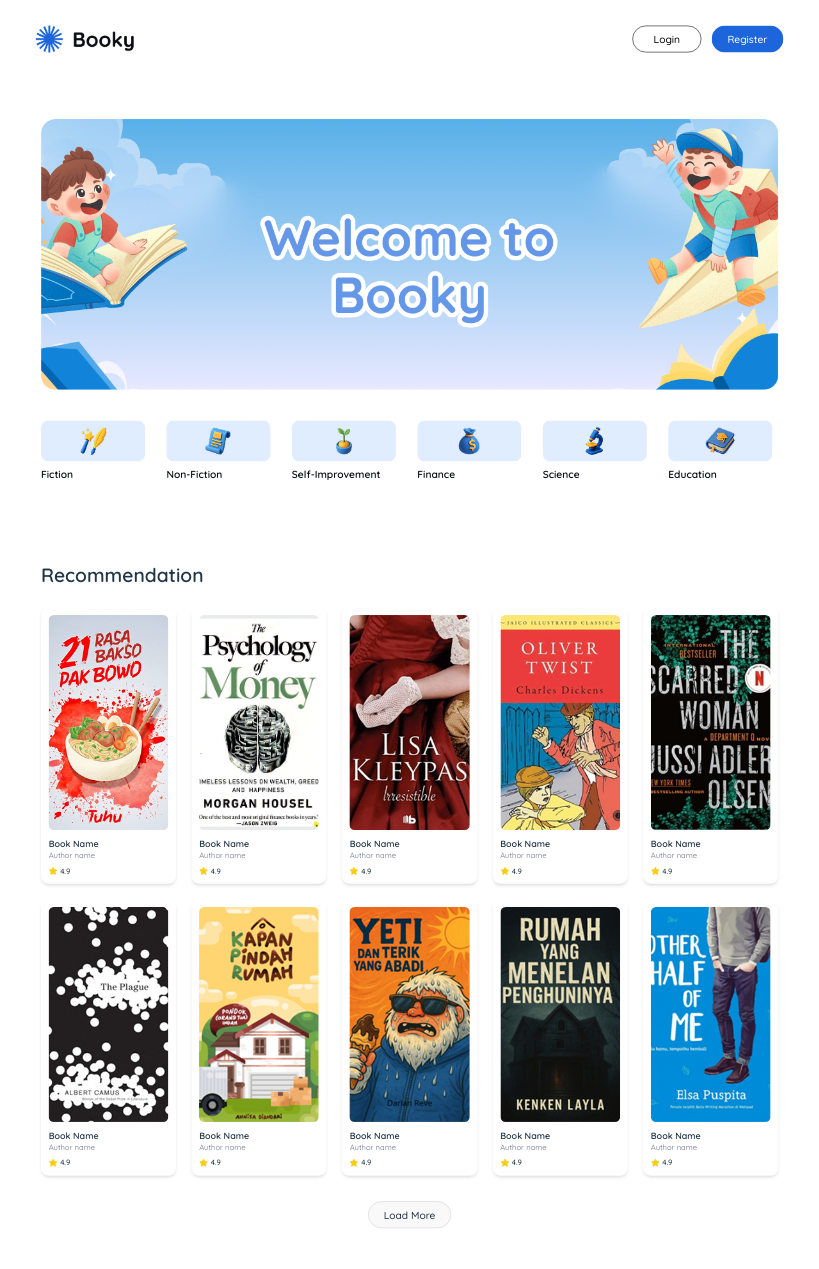
Repository: faridsyafaat/library-app
Page: /
These files come from the project's save history. The page is drawn as it stood at one moment and after the next save; the edit follows.
The browser window is 1280 px wide. The pictures show the whole page, at 64% of full size.
The project was rebuilt for these pictures with package versions that can differ from the ones it lists, and the page was loaded fresh each time. Also part of the build but not shown: vite.config.ts, src/pages/Login.tsx, src/pages/Register.tsx.

Above is the page before, as saved 2025-11-24 20:33:07.

### index.html
<!doctype html>
<html lang="en">
  <head>
    <meta charset="UTF-8" />
    <link rel="icon" type="image/svg+xml" href="/vite.svg" />
    <meta name="viewport" content="width=device-width, initial-scale=1.0" />
    <title>library-app</title>
  </head>
  <body>
    <div id="root"></div>
    <script type="module" src="/src/main.tsx"></script>
  </body>
</html>

### src/index.css
@import url('https://fonts.googleapis.com/css2?family=Quicksand:wght@300;400;500;600;700&display=swap');
@tailwind base;
@tailwind components;
@tailwind utilities;

:root {
  font-family: system-ui, Avenir, Helvetica, Arial, sans-serif;
  line-height: 1.5;
  font-weight: 400;
  font-synthesis: none;
  text-rendering: optimizeLegibility;
  -webkit-font-smoothing: antialiased;
  -moz-osx-font-smoothing: grayscale;
}

a {
  font-weight: 500;
  color: #646cff;
  text-decoration: inherit;
}
a:hover {
  color: #535bf2;
}

body {
  margin: 0;
  min-height: 100vh;
  }

h1 {
  font-size: 3.2em;
  line-height: 1.1;
}

button {
  border-radius: 8px;
  border: 1px solid transparent;
  padding: 0.6em 1.2em;
  font-size: 1em;
  font-weight: 500;
  font-family: inherit;
  background-color: #1a1a1a;
  cursor: pointer;
  transition: border-color 0.25s;
}
button:hover {
  border-color: #646cff;
}
button:focus,
button:focus-visible {
  outline: 4px auto -webkit-focus-ring-color;
}

@media (prefers-color-scheme: light) {
  :root {
    color: #213547;
    background-color: #ffffff;
  }
  a:hover {
    color: #747bff;
  }
  button {
    background-color: #f9f9f9;
  }
}

.container-custom {
  max-width: 1200px;
  margin-left: auto;
  margin-right: auto;
  padding-left: 1rem;
  padding-right: 1rem;
}

@layer base {
  body {
    @apply font-quicksand;
  }
}

### src/App.tsx
import { BrowserRouter as Router, Routes, Route, } from "react-router-dom";
import HomeBefore from "./pages/HomeBefore";
import Login from "./pages/Login";
import Register from "./pages/Register";


function App() {


  return (
    <Router>
      <Routes>
        <Route path="/" element={<HomeBefore />} />
        <Route path="/login" element={<Login />} />
        <Route path="/register" element={<Register />} />

      </Routes>
    </Router>
  );
}

export default App;

### src/pages/HomeBefore.tsx
import NavbarBefore from "@/components/layout/NavbarBefore";
import HeroSection from "@/components/sections/HeroSection";
import RecommendationSection from "@/components/sections/RecommendationSection";

export default function HomeBefore() {
  return (
    <div>
      <NavbarBefore />
      <HeroSection />
      <RecommendationSection />

    </div>
  );
}

### src/components/layout/NavbarBefore.tsx
import Button from "@/components/ui/Button";
import { useNavigate } from "react-router-dom";

export default function NavbarBefore() {
  const navigate = useNavigate();

  return (
    <nav className="sticky top-0 z-50 bg-white">
      <div className="container mx-auto flex justify-between items-center py-10 px-4">
        {/* Logo */}
        <div className="flex items-left gap-2">
          <img src="/icon/booky.png" alt="Booky Logo" className="w-[155px] h-[42px]" />
        </div>

        {/* Buttons */}
        <div className="flex gap-4">
          <Button
            variant="outline"
            className="bg-white text-black border border-neutral-800 px-8 py-2"
            onClick={() => navigate("/login")}
          >
            Login
          </Button>
          <Button
            variant="default"
            className="px-10 py-2"
            onClick={() => navigate("/register")}
          >
            Register
          </Button>
        </div> {/* Tutup div buttons */}
      </div> {/* Tutup div container */}
    </nav>
  );
}

### src/components/sections/HeroSection.tsx

const bookCategories = [
  { name: "Fiction", img: "/image/hero1.png" },
  { name: "Non-Fiction", img: "/image/hero2.png" },
  { name: "Self-Improvement", img: "/image/hero3.png" },
  { name: "Finance", img: "/image/hero4.png" },
  { name: "Science", img: "/image/hero5.png" },
  { name: "Education", img: "/image/hero6.png" },
];

export default function HeroSection() {
  return (
    <section className="bg-white py-16">
      <div className="container mx-auto px-6">
        {/* Hero Image */}
        <div className="w-full">
          <img
            src="/image/herosection.png"
            alt="Hero Background"
            className="w-full h-auto rounded-xl"
          />
        </div>

        {/* Jenis Buku */}
       <div className="mt-12 grid grid-cols-3 sm:grid-cols-3 md:grid-cols-6 gap-6">
  {bookCategories.map((book) => (
    <div
      key={book.name}
      className="flex flex-col items-start cursor-pointer hover:scale-105 transition-transform"
    >
      <img
        src={book.img}
        alt={book.name}
        className="w-[162.67px] h-[64px] object-cover rounded-lg mb-2"
      />
      <span className="text-[#0A0D12] font-semibold">{book.name}</span>
    </div>
  ))}
</div>

      </div>
    </section>
  );
}

### src/components/sections/RecommendationSection.tsx
import { Star } from "lucide-react";

const books = [
  {
    title: "Book Name",
    author: "Author name",
    rating: 4.9,
    img: "/image/book1.png",
  },
  {
    title: "Book Name",
    author: "Author name",
    rating: 4.9,
    img: "/image/book2.png",
  },
  {
    title: "Book Name",
    author: "Author name",
    rating: 4.9,
    img: "/image/book3.png",
  },
  {
    title: "Book Name",
    author: "Author name",
    rating: 4.9,
    img: "/image/book4.png",
  },
  {
    title: "Book Name",
    author: "Author name",
    rating: 4.9,
    img: "/image/book5.png",
  },
  {
    title: "Book Name",
    author: "Author name",
    rating: 4.9,
    img: "/image/book6.png",
  },
  {
    title: "Book Name",
    author: "Author name",
    rating: 4.9,
    img: "/image/book7.png",
  },
  {
    title: "Book Name",
    author: "Author name",
    rating: 4.9,
    img: "/image/book8.png",
  },
  {
    title: "Book Name",
    author: "Author name",
    rating: 4.9,
    img: "/image/book9.png",
  },
  {
    title: "Book Name",
    author: "Author name",
    rating: 4.9,
    img: "/image/book10.png",
  },
];

export default function RecommendationSection() {
  return (
    <section className="py-16 bg-white">
      <div className="container mx-auto px-6">

        {/* Title */}
        <h2 className="text-3xl font-semibold mb-8">Recommendation</h2>

        {/* Grid Books */}
        <div className="grid grid-cols-2 sm:grid-cols-3 md:grid-cols-5 gap-6">
          {books.map((book, index) => (
            <div
              key={index}
              className="bg-white shadow-md rounded-xl p-3 cursor-pointer hover:scale-105 transition-transform"
            >
              <img
                src={book.img}
                alt={book.title}
                className="h-[336px] w-[224] object-cover rounded-lg"
              />

              <h3 className="mt-3 text-sm font-semibold">{book.title}</h3>
              <p className="text-xs text-gray-500">{book.author}</p>

              <div className="flex items-center gap-1 mt-2">
                <Star size={14} fill="#FACC15" color="#FACC15" />
                <span className="text-xs font-medium">{book.rating}</span>
              </div>
            </div>
          ))}
        </div>

        {/* Load More Button */}
        <div className="flex justify-center mt-10">
          <button className="px-6 py-2 rounded-full border border-gray-300 hover:bg-gray-100 transition">
            Load More
          </button>
        </div>
      </div>
    </section>
  );
}

### src/components/ui/Button.tsx
import React from "react";
import clsx from "clsx";

interface ButtonProps extends React.ButtonHTMLAttributes<HTMLButtonElement> {
  variant?: "default" | "outline" | "short";
  size?: "sm" | "md" | "lg";
}

const Button: React.FC<ButtonProps> = ({
  variant = "default",
  className,
  children,
  ...props
}) => {
  const baseStyle = "inline-flex items-center justify-center font-medium focus:outline-none rounded-full disabled:opacity-50 disabled:pointer-events-none";

  const variants: Record<string, string> = {
    default: "bg-[#1C65DA] text-white px-6 py-2 hover:bg-blue-600",
    outline: "border border-gray-800 text-black bg-white px-6 py-2 hover:bg-gray-100",
    short: "px-4 py-2 rounded-md text-sm",
  };

  return (
    <button className={clsx(baseStyle, variants[variant], className)} {...props}>
      {children}
    </button>
  );
};

export default Button;

### tailwind.config.js
/** @type {import('tailwindcss').Config} */
module.exports = {
  content: [
    "./index.html",
    "./src/**/*.{js,ts,jsx,tsx}",
  ],
  theme: {
    extend: {
      fontFamily: {
        quicksand: ["Quicksand", "sans-serif"],
      },
    },
    container: {
      center: true,
      padding: '1rem',
      screens: {
        sm: "640px",
        md: "768px",
        lg: "1200px", // container lg = 1200px
        xl: "1200px",
        "2xl": "1200px"
      }
    }
  },
  plugins: [],
};

### src/components/sections/AuthorsSection.tsx
import Image from "next/image";

const authors = [
  {
    id: 1,
    name: "Author name",
    books: "5 books",
    image: "/image/author.png",
  },
  {
    id: 2,
    name: "Author name",
    books: "5 books",
    image: "/image/author.png",
  },
  {
    id: 3,
    name: "Author name",
    books: "5 books",
    image: "/image/author.png",
  },
  {
    id: 4,
    name: "Author name",
    books: "5 books",
    image: "/image/author.png",
  },
];

export default function AuthorsSection() {
  return (
    <section className="mt-16">
      <h2 className="text-xl font-semibold mb-6">Popular Authors</h2>

      <div className="grid grid-cols-2 gap-4 md:grid-cols-4">
        {authors.map((author) => (
          <div
            key={author.id}
            className="shadow-md rounded-xl p-4 flex flex-col items-center"
          >
            <Image
              src={author.image}
              alt={author.name}
              width={70}
              height={70}
              className="rounded-full"
            />
            <p className="mt-3 font-medium text-sm">{author.name}</p>
            <p className="text-xs text-gray-500">{author.books}</p>
          </div>
        ))}
      </div>
    </section>
  );
}

Loaded but not shown: src/main.tsx (common file)

After the next save:
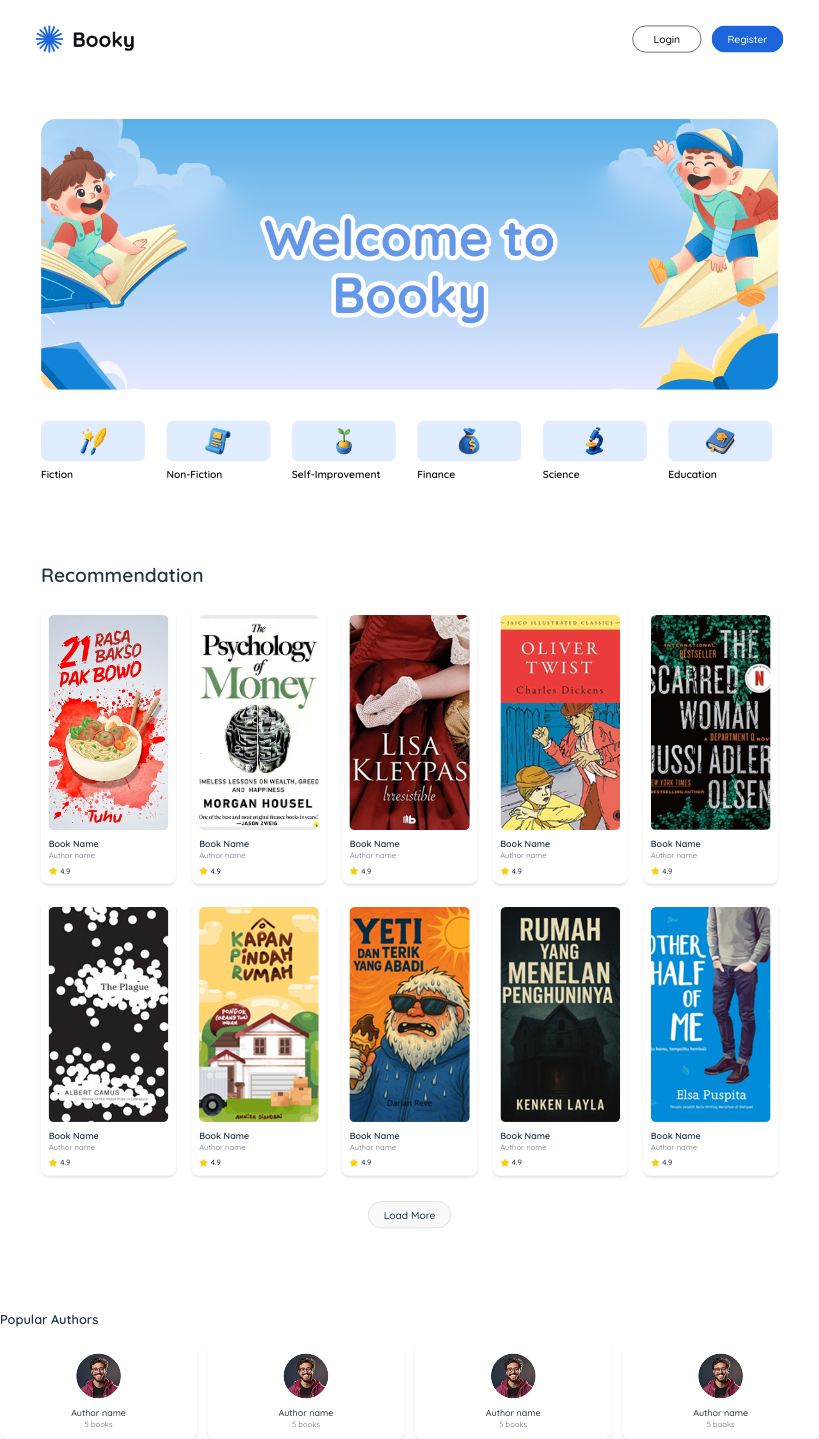
Saved 73 s later.
--- a/src/pages/HomeBefore.tsx
+++ b/src/pages/HomeBefore.tsx
@@ -1,6 +1,7 @@
 import NavbarBefore from "@/components/layout/NavbarBefore";
 import HeroSection from "@/components/sections/HeroSection";
 import RecommendationSection from "@/components/sections/RecommendationSection";
+import AuthorsSection from "@/components/sections/AuthorsSection";
 
 export default function HomeBefore() {
   return (
@@ -8,6 +9,7 @@
       <NavbarBefore />
       <HeroSection />
       <RecommendationSection />
+      <AuthorsSection />
 
     </div>
   );
